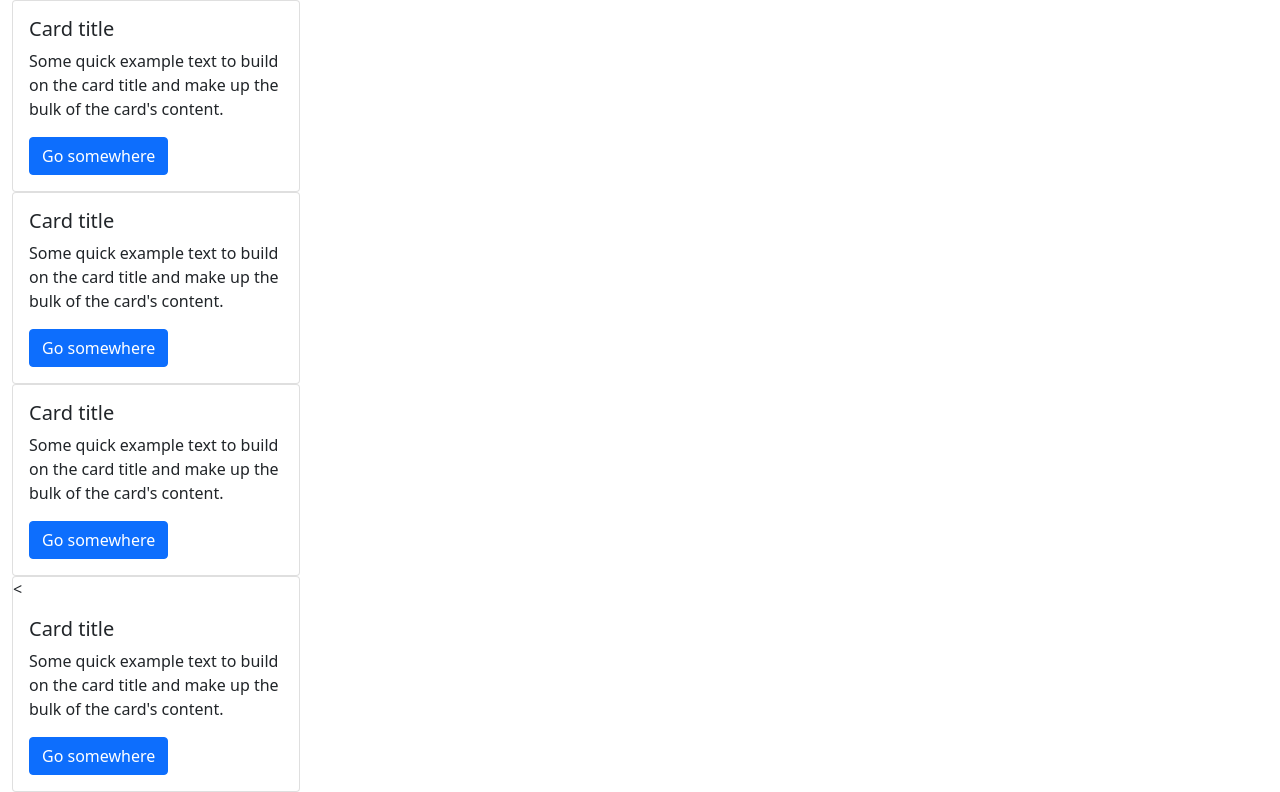
Repository: Dayvid0/BOOTSTRAP-TUTORIALS
Page: BOOTSTRAP-GRID-LAYOUTS/layouts.html
An editor plug-in stored every save of this project. The page is shown before and after the next save, followed by the edit.
The browser window is 1280 px wide. The pictures show the whole page.

Above is the page before, as saved 2025-01-24 12:34:41.

### BOOTSTRAP-GRID-LAYOUTS/layouts.html
<!doctype html>
<html lang="en">
  <head>
    <meta charset="utf-8">
    <meta name="viewport" content="width=device-width, initial-scale=1">
    <!-- Bootstrap CSS -->
    <link href="https://cdn.jsdelivr.net/npm/bootstrap@5.0.2/dist/css/bootstrap.min.css" rel="stylesheet" integrity="sha384-EVSTQN3/azprG1Anm3QDgpJLIm9Nao0Yz1ztcQTwFspd3yD65VohhpuuCOmLASjC" crossorigin="anonymous">
    <title>Hello, world!</title>
  </head>
  <body>
    <div class="container-fluid">
      <div class="row">
        <div class="col-md-3">
          <div class="card" style="width: 18rem;">
            <div class="card-body">
              <h5 class="card-title">Card title</h5>
              <p class="card-text">Some quick example text to build on the card title and make up the bulk of the card's content.</p>
              <a href="#" class="btn btn-primary">Go somewhere</a>
            </div>
          </div>
          <div class="card" style="width: 18rem;">
            <div class="card-body">
              <h5 class="card-title">Card title</h5>
              <p class="card-text">Some quick example text to build on the card title and make up the bulk of the card's content.</p>
              <a href="#" class="btn btn-primary">Go somewhere</a>
            </div>
          </div>
          <div class="card" style="width: 18rem;">
            <div class="card-body">
              <h5 class="card-title">Card title</h5>
              <p class="card-text">Some quick example text to build on the card title and make up the bulk of the card's content.</p>
              <a href="#" class="btn btn-primary">Go somewhere</a>
            </div>
          </div>
          <div class="card" style="width: 18rem;">
            <
            <div class="card-body">
              <h5 class="card-title">Card title</h5>
              <p class="card-text">Some quick example text to build on the card title and make up the bulk of the card's content.</p>
              <a href="#" class="btn btn-primary">Go somewhere</a>
            </div>
          </div>
        </div>
      </div>
    </div>
    <script src="https://cdn.jsdelivr.net/npm/bootstrap@5.0.2/dist/js/bootstrap.bundle.min.js" integrity="sha384-MrcW6ZMFYlzcLA8Nl+NtUVF0sA7MsXsP1UyJoMp4YLEuNSfAP+JcXn/tWtIaxVXM" crossorigin="anonymous"></script>
  </body>
</html>

After the next save:
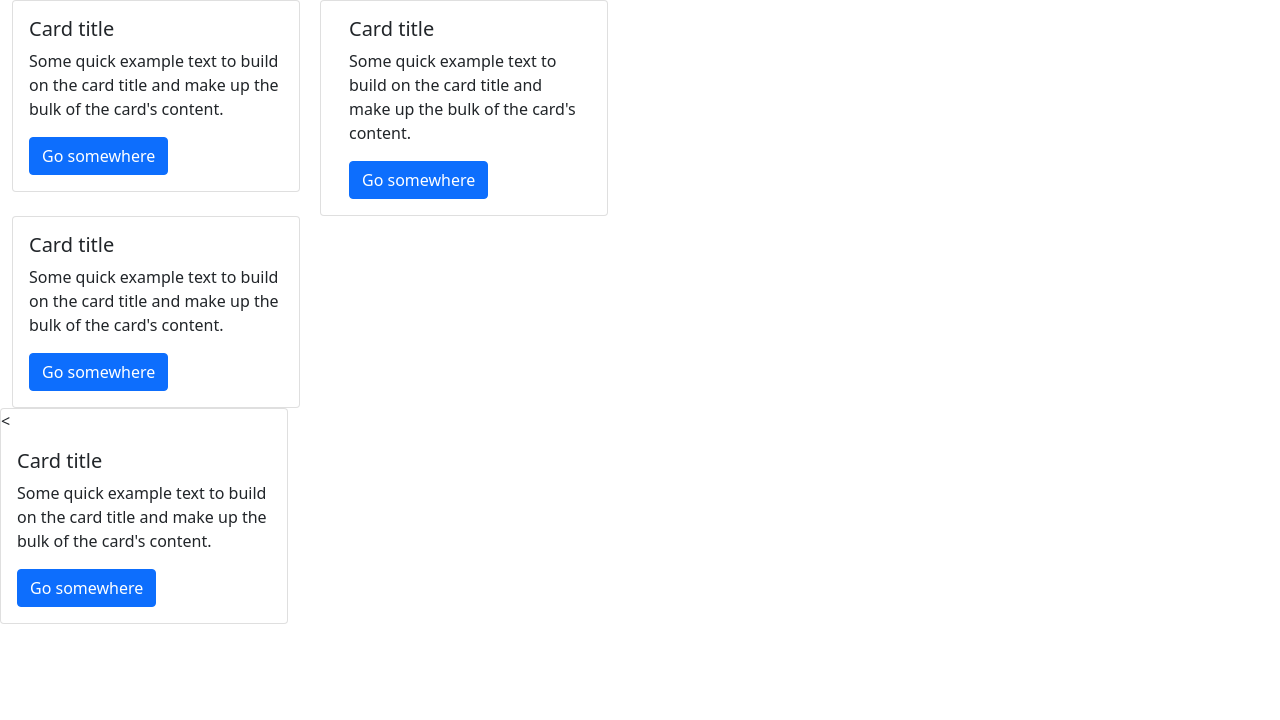
Saved 3 min 34 s later.
--- a/BOOTSTRAP-GRID-LAYOUTS/layouts.html
+++ b/BOOTSTRAP-GRID-LAYOUTS/layouts.html
@@ -18,6 +18,7 @@
               <a href="#" class="btn btn-primary">Go somewhere</a>
             </div>
           </div>
+        </div>
           <div class="card" style="width: 18rem;">
             <div class="card-body">
               <h5 class="card-title">Card title</h5>
@@ -25,6 +26,7 @@
               <a href="#" class="btn btn-primary">Go somewhere</a>
             </div>
           </div>
+      </div>
           <div class="card" style="width: 18rem;">
             <div class="card-body">
               <h5 class="card-title">Card title</h5>
@@ -32,6 +34,7 @@
               <a href="#" class="btn btn-primary">Go somewhere</a>
             </div>
           </div>
+    </div>
           <div class="card" style="width: 18rem;">
             <
             <div class="card-body">
@@ -41,6 +44,7 @@
             </div>
           </div>
         </div>
+        </div>
       </div>
     </div>
     <script src="https://cdn.jsdelivr.net/npm/bootstrap@5.0.2/dist/js/bootstrap.bundle.min.js" integrity="sha384-MrcW6ZMFYlzcLA8Nl+NtUVF0sA7MsXsP1UyJoMp4YLEuNSfAP+JcXn/tWtIaxVXM" crossorigin="anonymous"></script>
